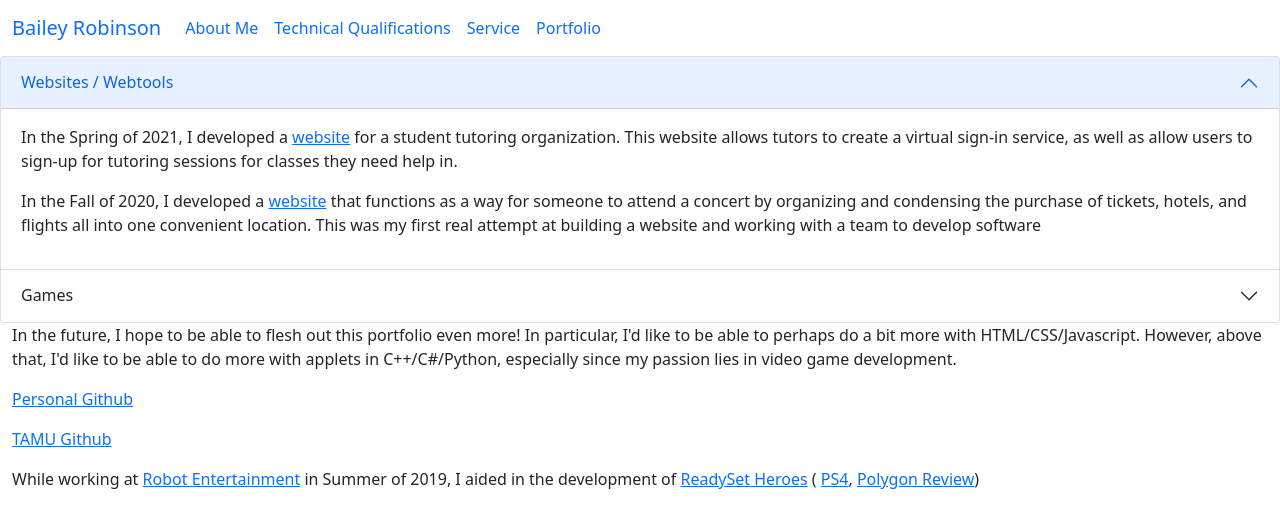
Repository: baileyjrob/personal_website
Page: portfolio.html
The author's editor kept a copy of each file at every save. The page is drawn from the files as they stood at one save, then again after the next save.
The browser window is 1280 px wide. The pictures show the whole page.

Above is the page before, as saved 2022-04-20 13:31:12.

After the next save:
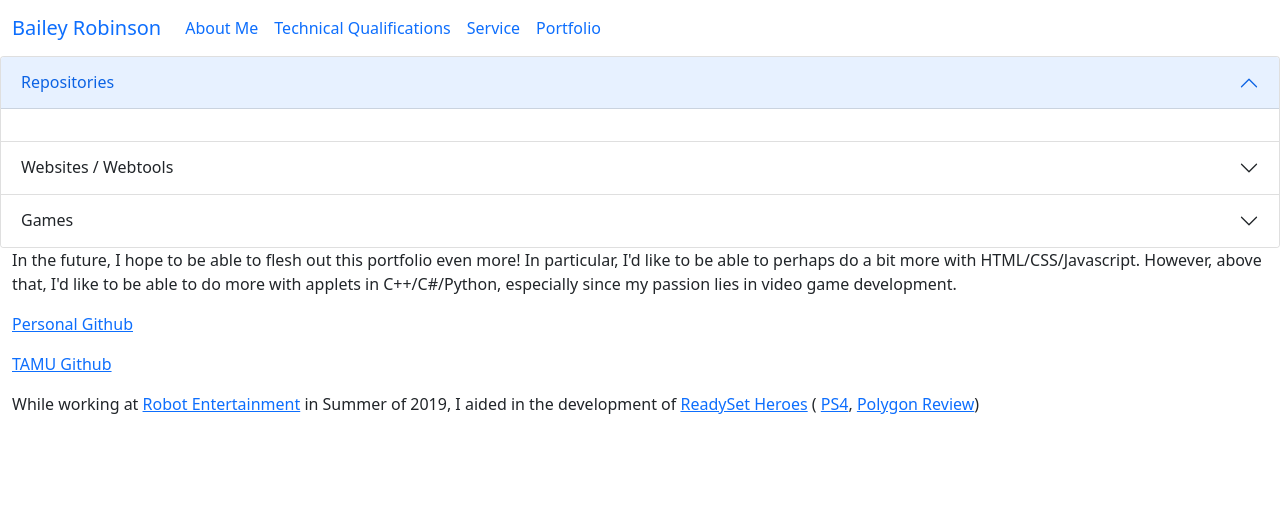
Saved 6 min 8 s later.
--- a/portfolio.html
+++ b/portfolio.html
@@ -40,14 +40,28 @@
     </nav>
     <div class="accordion" id="accordionFields">
         <div class="accordion-item">
+            <h2 class="accordion-header" id="headingRepo">
+                <button class="accordion-button" type="button" data-bs-toggle="collapse" data-bs-target="#collapseRepo"
+                    aria-expanded="true" aria-controls="collapseRepo">
+                    Repositories
+                </button>
+            </h2>
+            <div id="collapseRepo" class="accordion-collapse collapse show" aria-labelledby="headingRepo"
+                data-bs-parent="#accordionFields">
+                <div class="accordion-body">
+
+                </div>
+            </div>
+        </div>
+        <div class="accordion-item">
             <h2 class="accordion-header" id="headingWeb">
-                <button class="accordion-button" type="button" data-bs-toggle="collapse" data-bs-target="#collapseOne"
-                    aria-expanded="true" aria-controls="collapseOne">
+                <button class="accordion-button collapsed" type="button" data-bs-toggle="collapse"
+                    data-bs-target="#collapseOne" aria-expanded="false" aria-controls="collapseOne">
                     Websites / Webtools
                 </button>
             </h2>
-            <div id="collapseOne" class="accordion-collapse collapse show" aria-labelledby="headingWeb"
-                data-bs-parent="#accordionExample">
+            <div id="collapseOne" class="accordion-collapse collapse" aria-labelledby="headingWeb"
+                data-bs-parent="#accordionFields">
                 <div class="accordion-body">
                     <p>In the Spring of 2021, I developed a <a href="https://ortutoring.herokuapp.com/">website</a> for
                         a student
@@ -69,12 +83,12 @@
         <div class="accordion-item">
             <h2 class="accordion-header" id="headingGames">
                 <button class="accordion-button collapsed" type="button" data-bs-toggle="collapse"
-                    data-bs-target="#collapseTwo" aria-expanded="False" aria-controls="collapseTwo">
+                    data-bs-target="#collapseTwo" aria-expanded="false" aria-controls="collapseTwo">
                     Games
                 </button>
             </h2>
             <div id="collapseTwo" class="accordion-collapse collapse" aria-labelledby="headingGames"
-                data-bs-parent="#accordionExample">
+                data-bs-parent="#accordionFields">
                 <div class="accordion-body">
                     Placeholder
                 </div>
